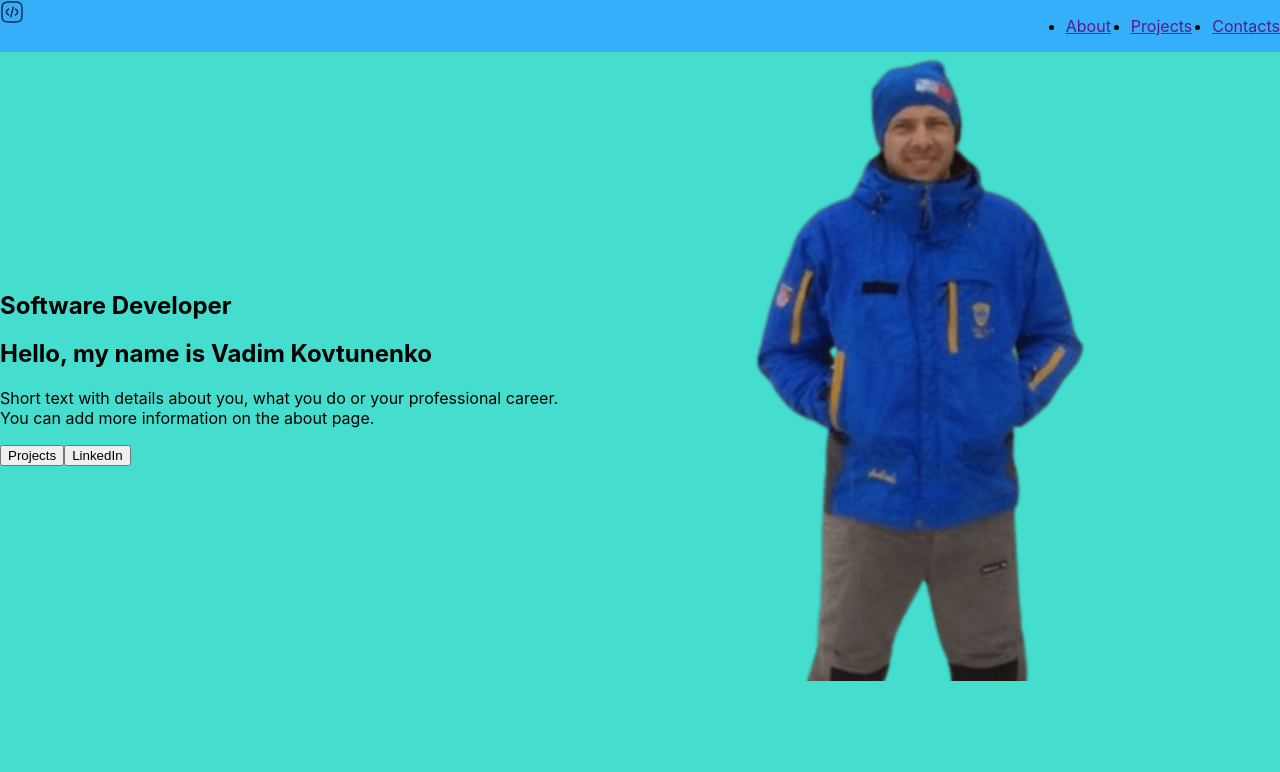
Repository: Vad197779/my-portfolio
Page: /
An editor plug-in stored every save of this project. The page is shown before and after a run of saves, followed by the edit.
The browser window is 1280 px wide. The pictures show the whole page.
The project was rebuilt for these pictures with package versions that can differ from the ones it lists, and the page was loaded fresh each time. Also part of the build but not shown: src/App.css.

Above is the page before, as saved 2023-09-18 15:30:35.

### src/App.tsx
import './App.css';
import { Header } from './layout/header/Header';
import { Main } from './layout/sections/main/Main';


function App() {
    return (
        <div className="App">
            <Header />
            <Main />

        </div>
    );
}

export default App;

### src/layout/header/Header.tsx
import React from 'react'
import styled from 'styled-components'
import { Logo } from '../../components/logo/Logo'
import { Menu } from '../../components/menu/Menu'

export const Header = () => {
  return (
    <StyledHeader>
      <Logo />
      <Menu />
    </StyledHeader>
  )
}

const StyledHeader = styled.header`
  background-color: #36affa;
  display: flex;
  justify-content: space-between;
`

### src/layout/sections/main/Main.tsx
import React from 'react'
import styled from 'styled-components'
import photo from '../../../assets/images/me.png'
import { FlexWrapper } from '../../../components/FlexWrapper'

export const Main = () => {
  return (
    <StyledMain>
      <FlexWrapper align={"center"} justify={"space-between"}>
        <div>
          <MainTitle>Software Developer</MainTitle>
          <Name>Hello,  my name is Vadim Kovtunenko</Name>
          <p>Short text with details about you, what you do or your professional career. You can add more information on the about page.</p>
          <button>Projects</button>
          <button>LinkedIn</button>
        </div>
        <div>
          <Photo src={photo} alt="" />
        </div>
      </FlexWrapper>
    </StyledMain>
  )
}

const StyledMain = styled.section`
  min-height: 100vh;
  background-color: #45dece;
`

const MainTitle = styled.h1`

`
const Name = styled.h2`

`

const Photo = styled.img`
  width: 720px;
  height: 629px;
  object-fit: contain;
`

### src/components/logo/Logo.tsx
import React from 'react'
import { Icon } from '../icon/Icon';

export const Logo = () => {
  return (
    <a href="">
      <Icon iconId={'logo'}/>
      {/* <h2>Vadim Kovtunenko</h2> */}
    </a>
  );
}

### src/components/menu/Menu.tsx
import React from 'react'
import styled from 'styled-components';

export const Menu = () => {
  return (
    <StyledMenu>
      <ul>
        <li>
          <a href="">About</a>
        </li>
        <li>
          <a href="">Projects</a>
        </li>
        <li>
          <a href="">Contacts</a>
        </li>
      </ul>
    </StyledMenu>
  );
}

const StyledMenu = styled.nav`
  ul {
    display: flex;
    gap: 20px;
  }
`

### src/components/FlexWrapper.tsx
import styled from "styled-components";

type FlexWrapperPropsType = {
  direction?: string
  justify?: string
  align?: string
  wrap?: string
}

export const FlexWrapper = styled.div<FlexWrapperPropsType>`
  display: flex;
  flex-direction: ${props => props.direction || "row"};
  justify-content: ${props => props.justify || "flex-start"};
  align-items: ${props => props.align || "stretch"};
  flex-wrap: ${props => props.wrap || "no-wrap"};
`

### src/components/icon/Icon.tsx
import React from 'react'
import iconSprite from '../../assets/images/icon-sprite.svg'

type IconPropsType = {
  iconId: string
  width?: string
  height?: string
  viewBox?: string
}

export const Icon = (props: IconPropsType) => {
  return (
    <svg width={props.width || "32"} height={props.height || "32"} viewBox={props.viewBox || "0 0 32 32"} fill="none" xmlns="http://www.w3.org/2000/svg">
      <use xlinkHref={`${iconSprite}#${props.iconId}`} />
    </svg>
  )
}

### src/layout/sections/skills/Skills.tsx
import React from 'react'
import styled from 'styled-components'
import { FlexWrapper } from '../../../components/FlexWrapper'
import { Icon } from '../../../components/icon/Icon'

export const Skills = () => {
  return (
    <StyledSkills>
      <SectionTitle>Skills</SectionTitle>
      <FlexWrapper>
        <Icon iconId={"html"}/>
      </FlexWrapper>
    </StyledSkills>
  )
}

const StyledSkills = styled.section`

`
const SectionTitle = styled.h2`

`

Loaded but not shown: public/index.html (common file); src/index.tsx (common file); src/index.css (common file); src/reportWebVitals.ts (common file)

After the next 4 saves:
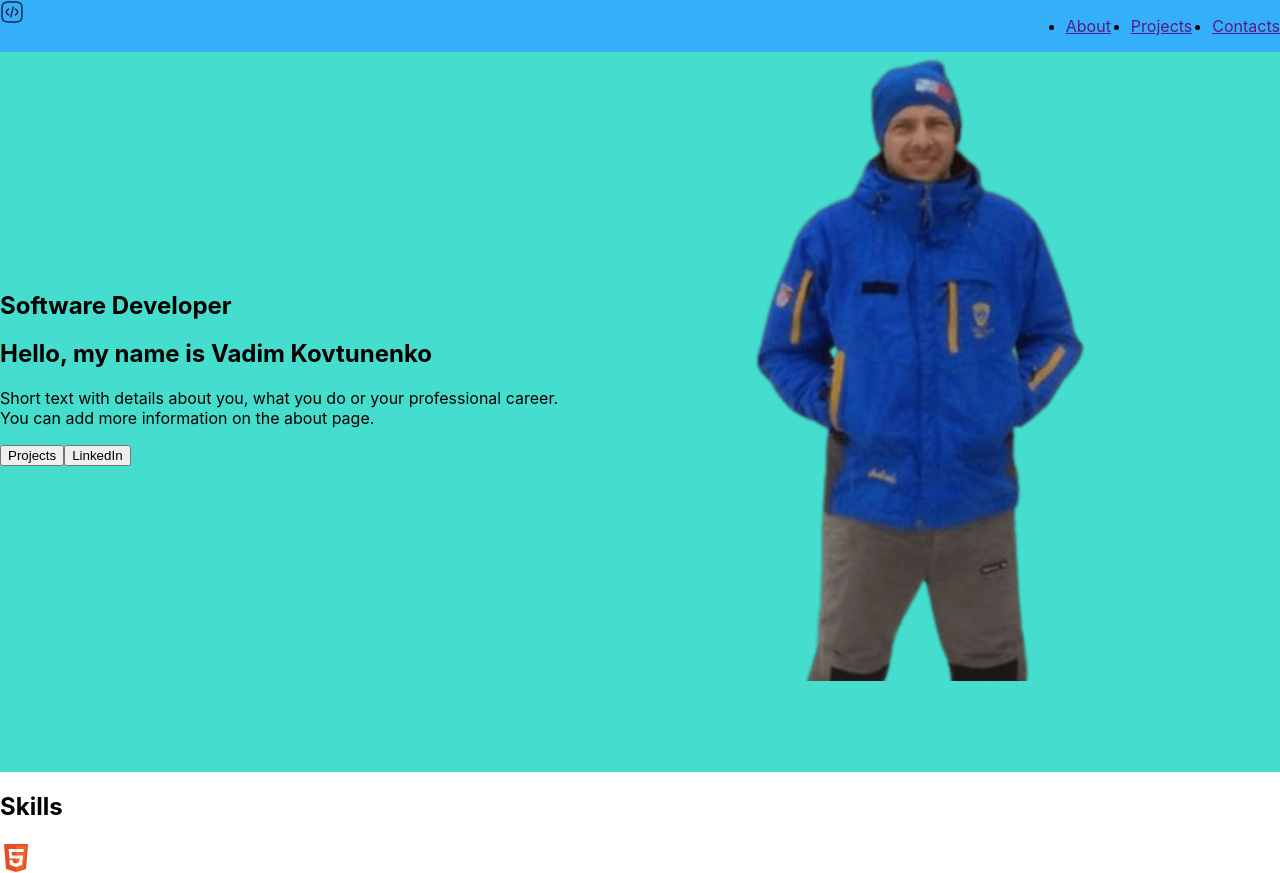
The 4 saves are shown as one change because they came seconds apart.
The last was saved 10 s later.
--- a/src/App.tsx
+++ b/src/App.tsx
@@ -1,6 +1,7 @@
 import './App.css';
 import { Header } from './layout/header/Header';
 import { Main } from './layout/sections/main/Main';
+import { Skills } from './layout/sections/skills/Skills';
 
 
 function App() {
@@ -8,7 +9,7 @@ function App() {
         <div className="App">
             <Header />
             <Main />
-
+            <Skills />
         </div>
     );
 }
